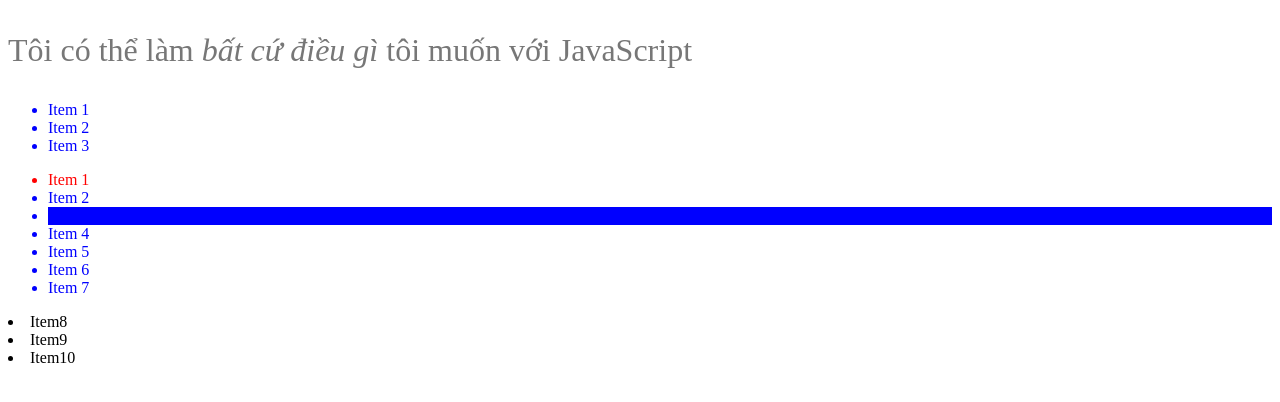
Repository: khanhnahk306/khanhnahk.github.io
Page: DOM/index.html
An editor plug-in stored every save of this project. The page is shown before and after a run of saves, followed by the edit.
The browser window is 1280 px wide. The pictures show the whole page.

Above is the page before, as saved 2022-06-03 14:04:11.

### DOM/index.html
<!DOCTYPE html>
<html lang="en">
  <head>
    <meta charset="UTF-8" />
    <meta http-equiv="X-UA-Compatible" content="IE=edge" />
    <meta name="viewport" content="width=device-width, initial-scale=1.0" />
    <title>DOM</title>
  </head>
  <body>
    <p id="text">
      Mặt khác, các phần tử DOM đều là các node trên cây cấu trúc DOM
    </p>

    <ul>
      <li>Item 1</li>
      <li>Item 2</li>
      <li>Item 3</li>
    </ul>

    <ul id="list">
      <li id="1">Item 1</li>
      <li>Item 2</li>
      <li id="3">Item 3</li>
      <li id="4">Item 4</li>
      <li>Item 5</li>
      <li>Item 6</li>
      <li>Item 7</li>
    </ul>

    <script>
      let p = document.getElementById("text");
      p.style.color = "#777";
      p.style.fontSize = "2rem";
      p.innerHTML =
        "Tôi có thể làm <em> bất cứ điều gì </em> tôi muốn với JavaScript";

      const para = document.querySelectorAll("li");
      console.log(para);
      for (let i = 0; i < para.length; i++) {
        para[i].style.color = "blue";
      }

      const para1 = document.createElement("li");
      para1.innerText = "Item8";
      document.body.appendChild(para1);
      const para2 = document.createElement("li");
      para2.innerText = "Item9";
      document.body.appendChild(para2);
      const para3 = document.createElement("li");
      para3.innerText = "Item10";
      document.body.appendChild(para3);

      let li = document.getElementById("1");
      li.style.color = "red";
      let li3 = document.getElementById("3");
      li3.style.background = "blue";
      const li4 = document.getElementById("4");
      const list = document.getElementById("list");
    </script>
  </body>
</html>

After the next 6 saves:
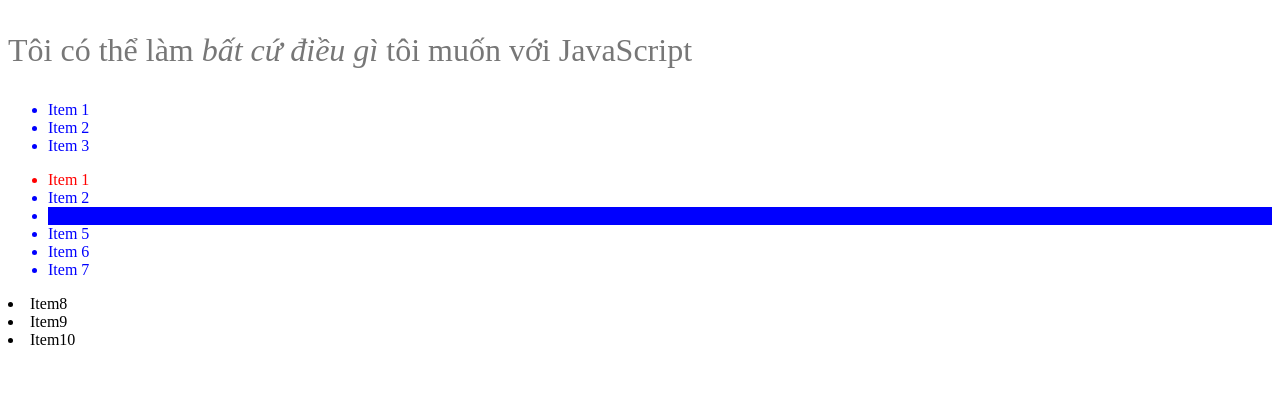
The 6 saves are shown as one change because they came seconds apart.
The last was saved 30 s later.
--- a/DOM/index.html
+++ b/DOM/index.html
@@ -56,6 +56,8 @@
       li3.style.background = "blue";
       const li4 = document.getElementById("4");
       const list = document.getElementById("list");
+
+      list.removeChild(li4);
     </script>
   </body>
 </html>
